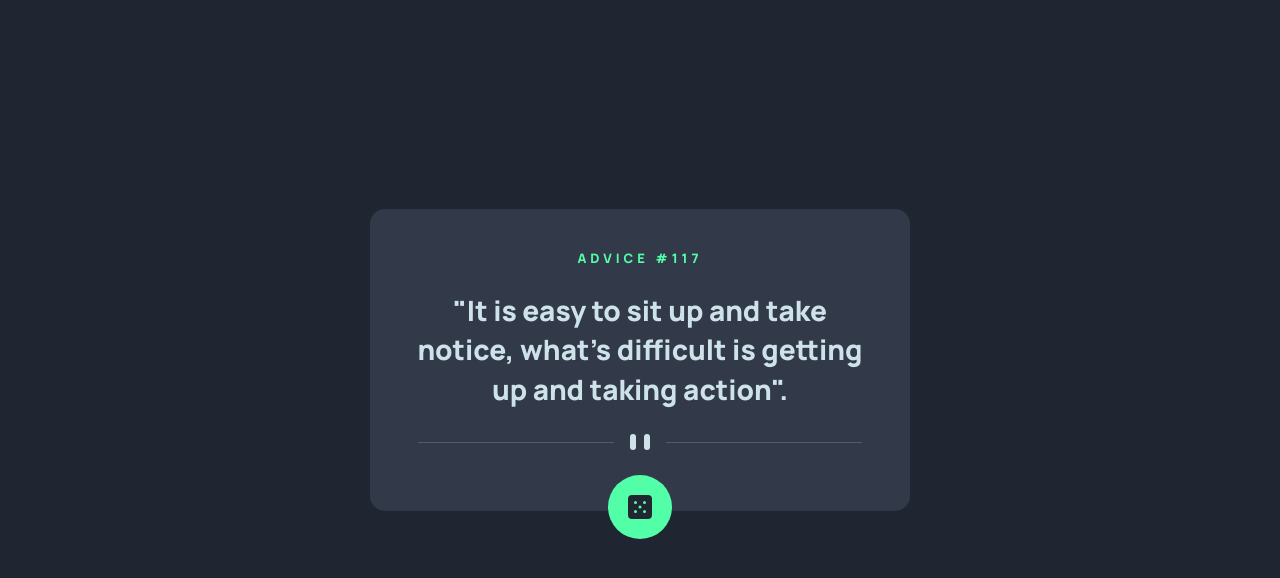
Repository: Daki-builds/advice-generator-app
Page: index.html
An editor plug-in stored every save of this project. The page is shown before and after the next save, followed by the edit.
The browser window is 1280 px wide. The pictures show the whole page.

Above is the page before, as saved 2026-10-08 19:48:04.

After the next save:
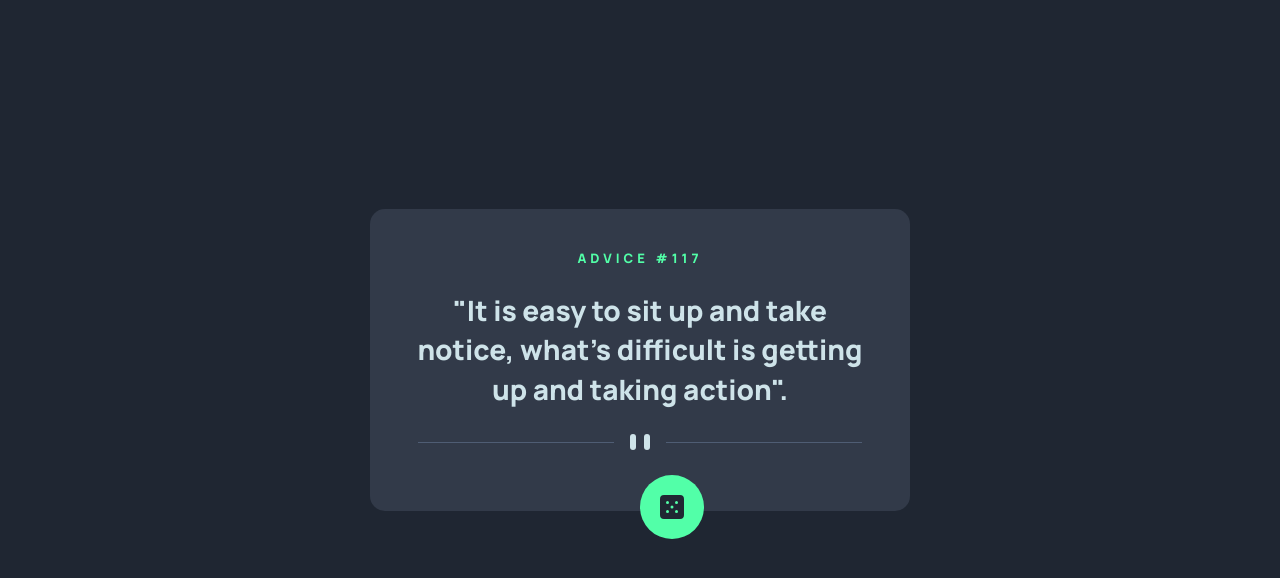
Saved 17 s later.
--- a/style.css
+++ b/style.css
@@ -64,7 +64,7 @@ button {
   position: absolute;
   bottom: -28px;
   left: 50%;
-  transform: translateX(-50%);
+  /* transform: translateX(-50%); */
 
   display: flex;
   justify-content: center;
